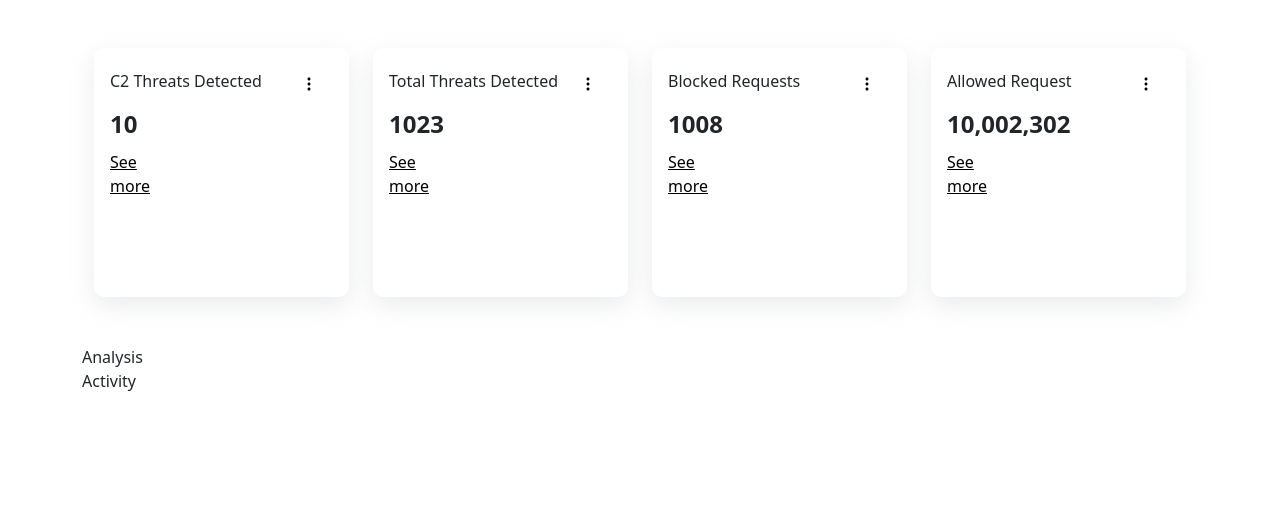
Repository: badhon252/dashboard
Page: /
These files come from the project's save history. The page is drawn as it stood at one moment and after the next save; the edit follows.
The browser window is 1280 px wide. The pictures show the whole page.
The project was rebuilt for these pictures with package versions that can differ from the ones it lists, and the page was loaded fresh each time. Also part of the build but not shown: vite.config.js.

Above is the page before, as saved 2023-01-27 01:53:58.
Console error: TypeError: Cannot read properties of undefined (reading 'forEach')

### index.html
<!DOCTYPE html>
<html lang="en">

<head>
    <meta charset="UTF-8" />
    <link rel="icon" type="image/svg+xml" href="/vite.svg" />
    <meta name="viewport" content="width=device-width, initial-scale=1.0" />
    <!-- bootsrap cdn  -->
    <link rel="stylesheet" href="https://cdn.jsdelivr.net/npm/bootstrap@5.2.3/dist/css/bootstrap.min.css">
    <title>DashBoard</title>
</head>

<body>
    <div id="root"></div>

    <script type="module" src="/src/index.jsx"></script>
    <!-- bootsrap cdn  -->
    <script type="module" src="https://cdn.jsdelivr.net/npm/bootstrap@5.2.3/dist/js/bootstrap.bundle.min.js"></script>
</body>

</html>

### src/App.jsx
import './App.css'
import Activity from './Components/Activity/Activity'
import Analysis from './Components/Analysis/Analysis'
import Status from './Components/Status/Status'

function App() {

  return (
    <div className="container">
      <Status/>
      <Analysis/>
      <Activity/>
    </div>
  )
}

export default App

### src/App.css
.link {
    color: #000;
    text-decoration: underline;
    font-size: 1em;
}

### src/Components/Activity/Activity.jsx
import React from 'react';

const Activity = () => {
    return (
        <div>
            Activity
        </div>
    );
}

export default Activity;

### src/Components/Analysis/Analysis.jsx
import React from 'react'

export default function Analysis() {
  return (
    <div>Analysis</div>
  )
}

### src/Components/Status/Status.jsx
import React from 'react'
import "./Status.css"
import StatusCard from './StatusCard';
import dotIcon from "../../assets/dot.svg"

export default function Status() {
  return (
    <div id="status" className='container'>
      <div className='row' >

        <div className="col-md-3">
            <StatusCard title="C2 Threats Detected" icon={dotIcon} amount="10" link={null}/>
        </div>
        <div className="col-md-3">
            <StatusCard title="Total Threats Detected" icon={dotIcon} amount="1023" link={null}/>
        </div>
        <div className="col-md-3">
            <StatusCard title="Blocked Requests" icon={dotIcon} amount="1008" link={null}/>
        </div>
        <div className="col-md-3">
            <StatusCard title="Allowed Request" icon={dotIcon} amount="10,002,302" link={null}/>
        </div>

      </div>
    </div>
  )
}

### src/Components/Status/Status.css
/* Card css  */

.myCard {
    border-radius: 5px;
    cursor: pointer;
    transition: all 0.3s ease-in-out;
    width: 100%;
    box-shadow: rgba(149, 157, 165, 0.2) 0px 8px 24px;
    border-radius: 10px;
}

.myCard_title {
    font-size: 1rem;
    font-weight: 500;
    margin: 0.5rem 0;
}

.myCard_value {
    font-size: 1.5rem;
    font-weight: 600;
}

### src/Components/Status/StatusCard.jsx

import "./Status.css"
import StatusGraph from "./StatusGraph"

export default function StatusCard({title, icon, amount, link}) {
  return (
      <div className="myCard my-5 p-3" >
        <div className="myCard_Head d-flex justify-content-between" >
          <h3 className='myCard_title'>{title}</h3>
          <h3 className='myCard_icon'>
            <img className="img-fluid w-50" src={icon} alt=":" />
          </h3>
        </div>

        <div className="myCard_value">{amount}</div>

        <div className="myCard_data d-flex justify-content-between" >
          <div className="link py-2">
            <a href={link} >See more</a>
          </div>
          <div className="myCard_Graph">
            <StatusGraph/>
          </div>
        </div>
      </div>

  )
}

### src/Components/Status/StatusGraph.jsx
import React from "react";
import Chart from "react-apexcharts";

const StatusGraph = () => {
  return (
    <div>
      <Chart
        width={200}
        options={{
          chart: {
            height: 280,
            type: "area",
          },
          dataLabels: {
            enabled: false,
          },
          series: [
            {
              name: "Series 1",
              data: [45, 52, 25, 45, 19, 23, 2].reverse(),
            },
          ],
          fill: {
            type: "gradient",
            gradient: {
              shadeIntensity: 1,
              opacityFrom: 0.7,
              opacityTo: 0.9,
              stops: [0, 90, 100],
            },
          },
          xaxis: {
            categories: [
              "01 Jan",
              "02 Jan",
              "03 Jan",
              "04 Jan",
              "05 Jan",
              "06 Jan",
              "07 Jan",
            ],
          },
        }}
      />
    </div>
  );
};

export default StatusGraph;

Loaded but not shown: src/index.jsx (common file)

After the next save:
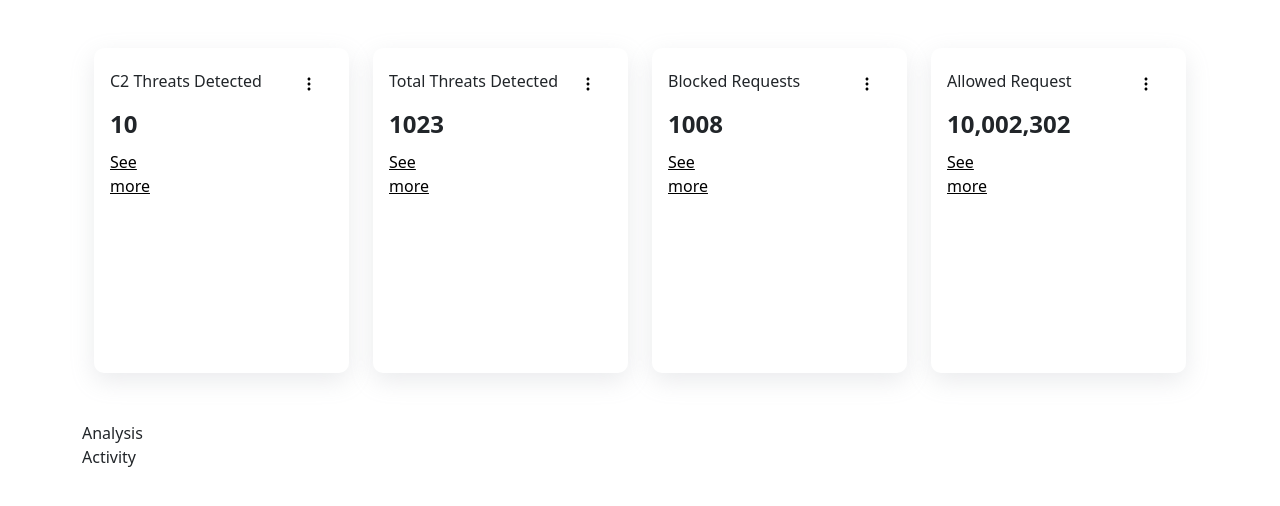
Saved 6 s later.
--- a/src/Components/Status/StatusGraph.jsx
+++ b/src/Components/Status/StatusGraph.jsx
@@ -6,6 +6,7 @@ const StatusGraph = () => {
     <div>
       <Chart
         width={200}
+        height={200}
         options={{
           chart: {
             height: 280,
